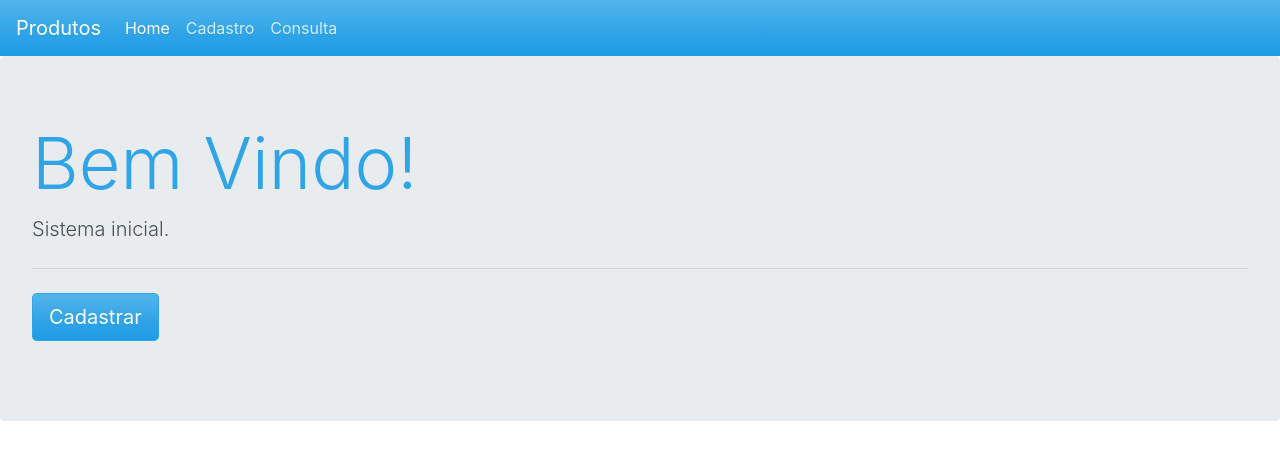
Repository: charles014/curso-react-2020
Page: /#/consulta-produtos (app in cadastro-produtos/)
An editor plug-in stored every save of this project. The page is shown before and after a run of saves, followed by the edit.
The browser window is 1280 px wide. The pictures show the whole page.
Some web libraries are served in a nearby version. The project was rebuilt for these pictures with package versions that can differ from the ones it lists, and the page was loaded fresh each time. Also part of the build but not shown: cadastro-produtos/src/index.css.

Above is the page before, as saved 2020-09-17 16:05:59.

After the next 3 saves:
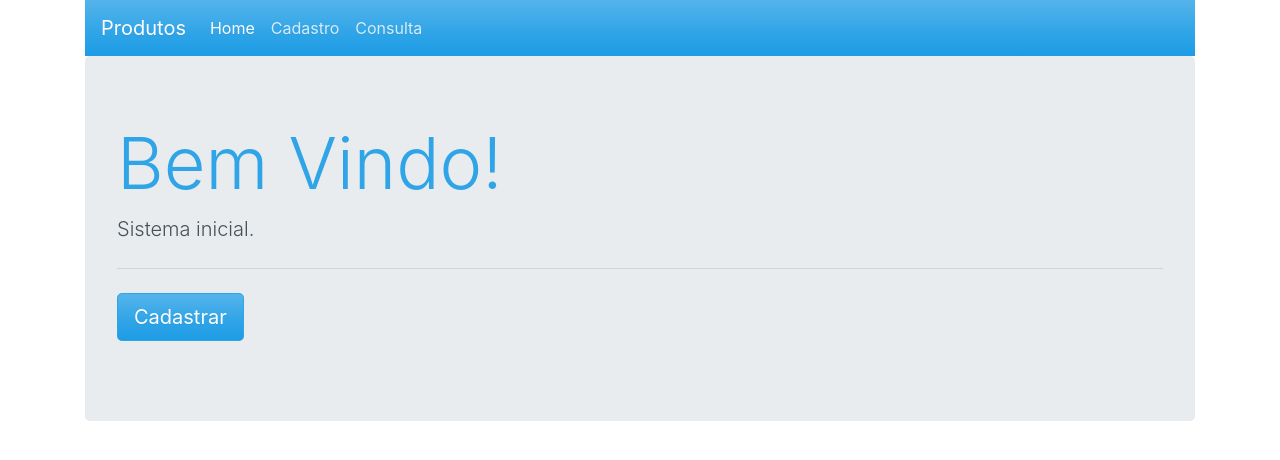
The 3 saves are shown as one change because 1 did not build or start and some came seconds apart.
The last was saved 67 s later.
--- a/cadastro-produtos/src/App.js
+++ b/cadastro-produtos/src/App.js
@@ -5,8 +5,10 @@ import Home from './pages/home'
 function App() {
   return (
     <>
+      <div className='container'>
       < Navbar />
       <Home />
+      </div>
     </>
   );
 }
